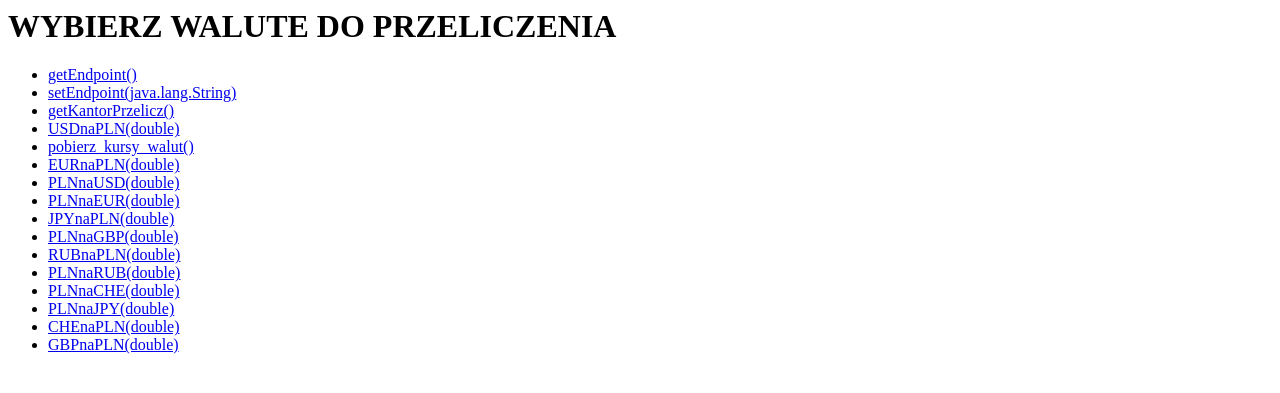
Repository: kuska-marcin/SRIR
Page: http://localhost/KantorWSClient/sampleKantorPrzeliczProxy/Method.jsp
An editor plug-in stored every save of this project. The page is shown before and after the next save, followed by the edit.
The browser window is 1280 px wide. The pictures show the whole page.
The page is served by Tomcat 9.

Above is the page before, as saved 2016-01-13 22:23:43.

After the next save:
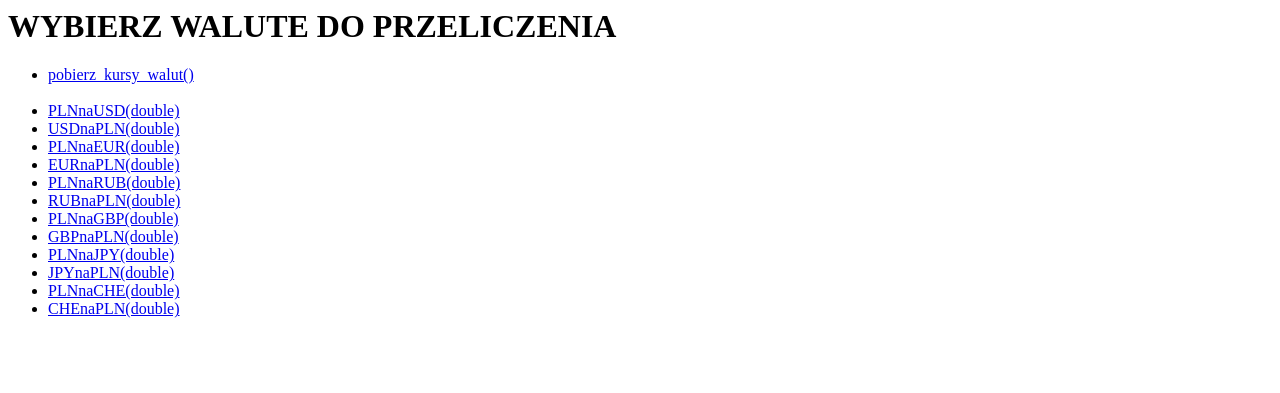
Saved 112 s later.
--- a/KantorWSClient/WebContent/sampleKantorPrzeliczProxy/Method.jsp
+++ b/KantorWSClient/WebContent/sampleKantorPrzeliczProxy/Method.jsp
@@ -5,22 +5,26 @@
 <BODY>
 <H1>WYBIERZ WALUTE DO PRZELICZENIA</H1>
 <UL>
-<LI><A HREF="Input.jsp?method=2" TARGET="inputs"> getEndpoint()</A></LI>
-<LI><A HREF="Input.jsp?method=5" TARGET="inputs"> setEndpoint(java.lang.String)</A></LI>
-<LI><A HREF="Input.jsp?method=10" TARGET="inputs"> getKantorPrzelicz()</A></LI>
+<LI><A HREF="Input.jsp?method=18" TARGET="inputs"> pobierz_kursy_walut()</A></LI>
+<BR>
+<LI><A HREF="Input.jsp?method=26" TARGET="inputs"> PLNnaUSD(double)</A></LI>
 <LI><A HREF="Input.jsp?method=13" TARGET="inputs"> USDnaPLN(double)</A></LI>
-<LI><A HREF="Input.jsp?method=18" TARGET="inputs"> pobierz_kursy_walut()</A></LI>
+
+<LI><A HREF="Input.jsp?method=31" TARGET="inputs"> PLNnaEUR(double)</A></LI>
 <LI><A HREF="Input.jsp?method=21" TARGET="inputs"> EURnaPLN(double)</A></LI>
-<LI><A HREF="Input.jsp?method=26" TARGET="inputs"> PLNnaUSD(double)</A></LI>
-<LI><A HREF="Input.jsp?method=31" TARGET="inputs"> PLNnaEUR(double)</A></LI>
+
+<LI><A HREF="Input.jsp?method=51" TARGET="inputs"> PLNnaRUB(double)</A></LI>
+<LI><A HREF="Input.jsp?method=46" TARGET="inputs"> RUBnaPLN(double)</A></LI>
+
+<LI><A HREF="Input.jsp?method=41" TARGET="inputs"> PLNnaGBP(double)</A></LI>
+<LI><A HREF="Input.jsp?method=71" TARGET="inputs"> GBPnaPLN(double)</A></LI>
+
+<LI><A HREF="Input.jsp?method=61" TARGET="inputs"> PLNnaJPY(double)</A></LI>
 <LI><A HREF="Input.jsp?method=36" TARGET="inputs"> JPYnaPLN(double)</A></LI>
-<LI><A HREF="Input.jsp?method=41" TARGET="inputs"> PLNnaGBP(double)</A></LI>
-<LI><A HREF="Input.jsp?method=46" TARGET="inputs"> RUBnaPLN(double)</A></LI>
-<LI><A HREF="Input.jsp?method=51" TARGET="inputs"> PLNnaRUB(double)</A></LI>
+
 <LI><A HREF="Input.jsp?method=56" TARGET="inputs"> PLNnaCHE(double)</A></LI>
-<LI><A HREF="Input.jsp?method=61" TARGET="inputs"> PLNnaJPY(double)</A></LI>
 <LI><A HREF="Input.jsp?method=66" TARGET="inputs"> CHEnaPLN(double)</A></LI>
-<LI><A HREF="Input.jsp?method=71" TARGET="inputs"> GBPnaPLN(double)</A></LI>
+
 </UL>
 </BODY>
 </HTML>
